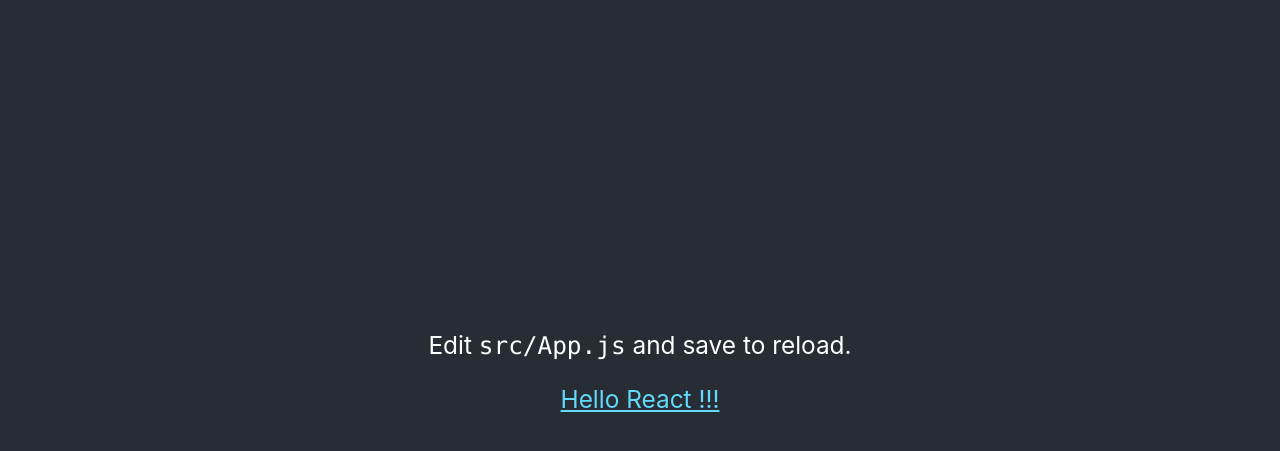
Repository: WidthYou/testDocker
Page: /
These files come from the project's save history. The page is drawn as it stood at one moment and after the next save; the edit follows.
The browser window is 1280 px wide. The pictures show the whole page.
The project was rebuilt for these pictures with package versions that can differ from the ones it lists, and the page was loaded fresh each time.

Above is the page before, as saved 2021-04-26 14:01:06.

### src/App.js
import logo from './logo.svg';
import './App.css';

function App() {
  return (
    <div className="App">
      <header className="App-header">
        {/* <img src={logo} className="App-logo" alt="logo" /> */}
        <p>
          Edit <code>src/App.js</code> and save to reload.
        </p>
        <a
          className="App-link"
          href="https://reactjs.org"
          target="_blank"
          rel="noopener noreferrer"
        >
          Hello React !!!
        </a>
      </header>
    </div>
  );
}

export default App;

Loaded but not shown: public/index.html (common file); src/index.js (common file); src/index.css (common file); src/reportWebVitals.js (common file); src/App.css (common file)

After the next save:
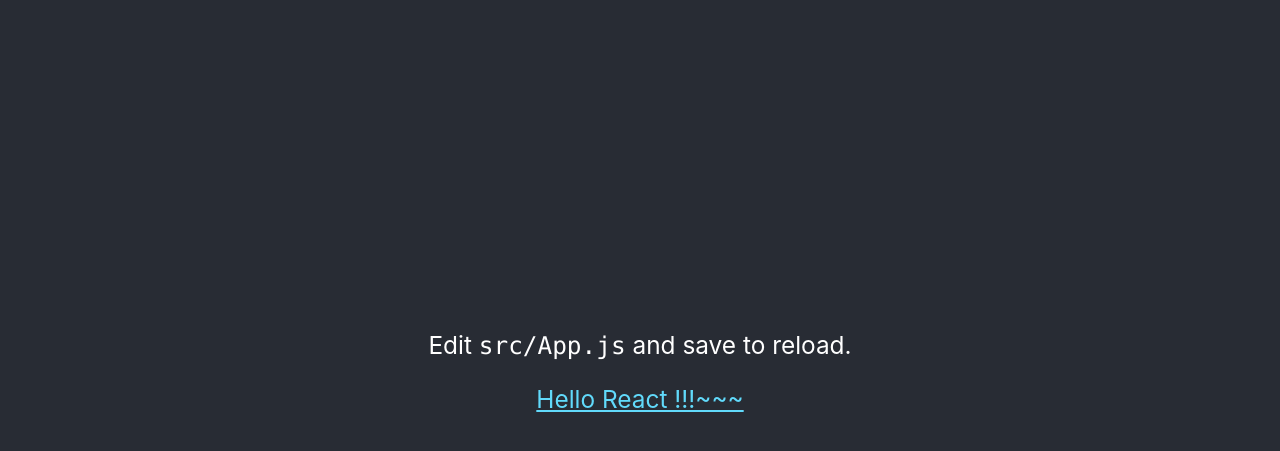
Saved 91 min 6 s later.
--- a/src/App.js
+++ b/src/App.js
@@ -15,7 +15,7 @@
           target="_blank"
           rel="noopener noreferrer"
         >
-          Hello React !!!
+          Hello React !!!~~~
         </a>
       </header>
     </div>
